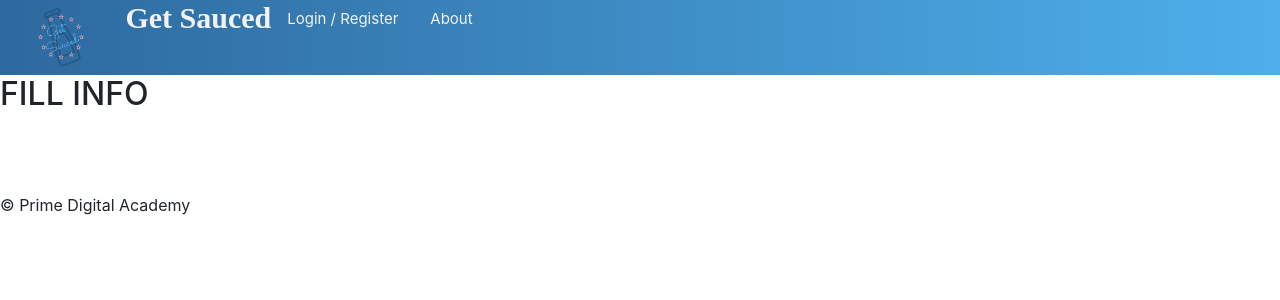
Repository: cossalter18/getSauced
Page: /#/about
These files come from the project's save history. The page is drawn as it stood at one moment and after the next save; the edit follows.
The browser window is 1280 px wide. The pictures show the whole page.
The page's requests for data from a server got no answer. The project was rebuilt for these pictures with package versions that can differ from the ones it lists, and the page was loaded fresh each time. No one was signed in, and anything a server would have sent is missing. Also part of the build but not shown: src/components/LogOutButton/LogOutButton.js, src/components/LoginPage/LoginPage.js, src/components/RegisterPage/RegisterPage.js, src/components/ProtectedRoute/ProtectedRoute.js, src/components/UserPage/UserPage.js, src/components/BlogPost/BlogPost.js, src/components/NewPost/NewPost.css, src/components/NewPost/NewPost.js and 8 more.

Above is the page before, as saved 2020-06-03 10:03:08.

After the next save:
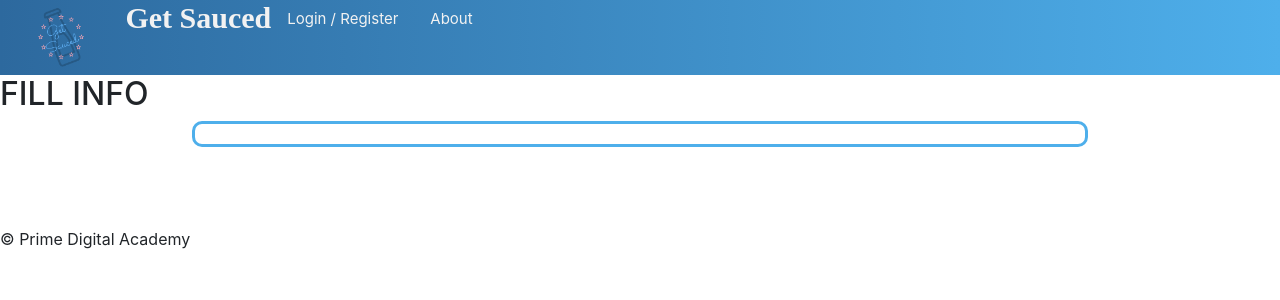
Saved 5 s later.
--- a/src/components/AboutPage/AboutPage.css
+++ b/src/components/AboutPage/AboutPage.css
@@ -4,7 +4,7 @@
 
 }
 
-.inputs {
+.randomContainer {
   margin: auto;
   width: 70%;
   border: 3px solid #4eafeb;
